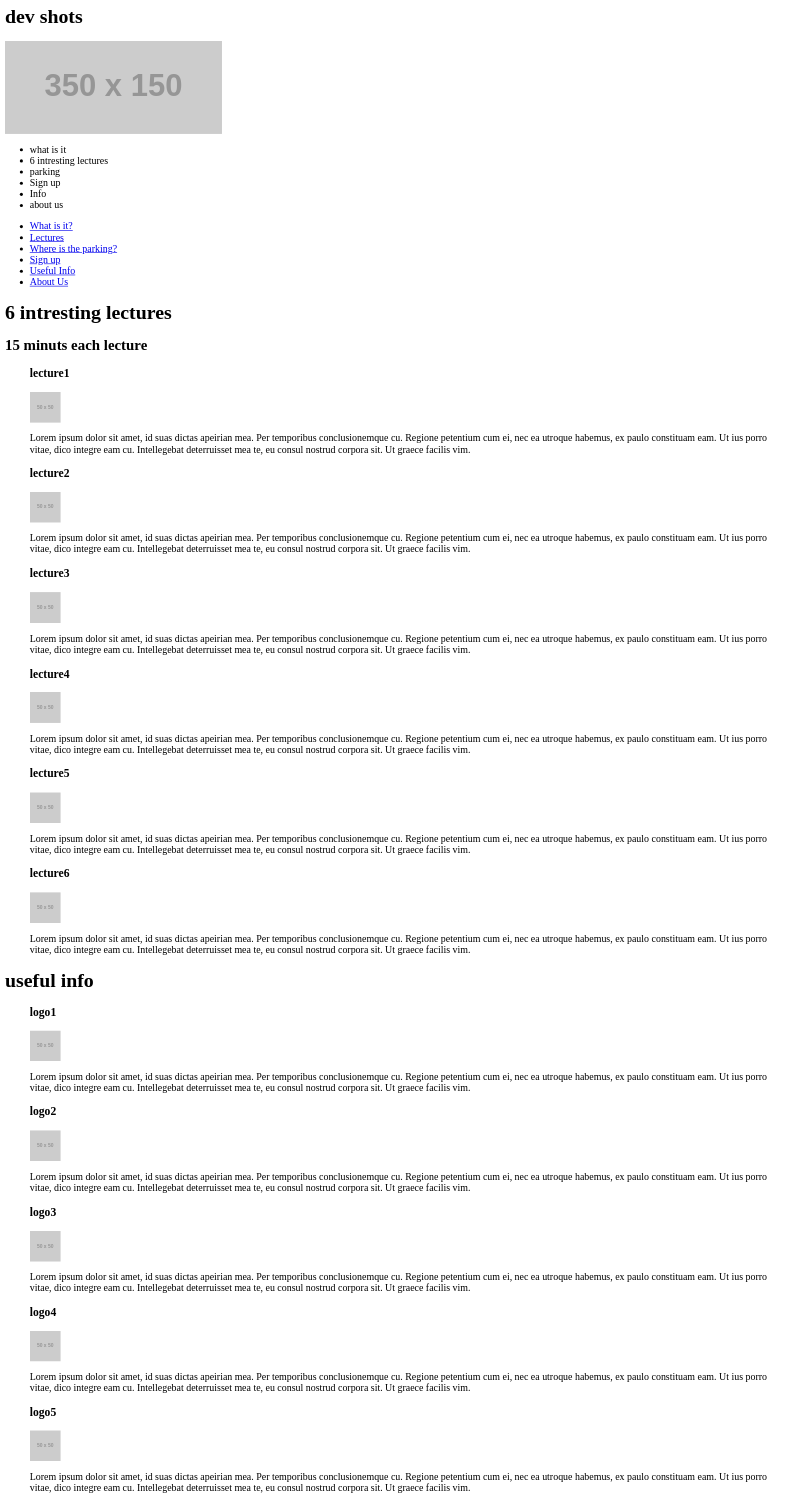
Repository: innaplx/exercises-devshots-html4-part1
Page: index.html
These files come from the project's save history. The page is drawn as it stood at one moment and after the next save; the edit follows.
The browser window is 1280 px wide. The pictures show the whole page, at 62% of full size.

Above is the page before, as saved 2018-08-17 20:21:36.

### index.html
<html>
    <head>
        <h1>dev shots</h1>
        <a href="https://placeholder.com"><img src="https://via.placeholder.com/350x150"></a>




    </head>

    <body>
            <ul>
                    <li><a herf="#">what is it</a></li>
                    <li><a herf="#">6 intresting lectures</a></li>
                    <li><a herf="#">parking</a></li>
                    <li><a herf="#">Sign up</a></li>
                    <li><a herf="#">Info</a></li>
                    <li><a herf="#">about us</a></li>
                </ul>

            <ul>
                    <li><a href="#">What is it?</a></li>
                    <li><a href="#">Lectures</a></li>
                    <li><a href="#">Where is the parking?</a></li>
                    <li><a href="#">Sign up</a></li>
                    <li><a href="#">Useful Info</a></li>
                    <li><a href="#">About Us</a></li>
                </ul>



        <h1>6 intresting lectures</h1>
        <h2>15 minuts each lecture</h2>

            <ul>
                <il>
                <h3>lecture1</h3>
                <a href="https://placeholder.com"><img src="https://via.placeholder.com/50x50"></a>
                <p>Lorem ipsum dolor sit amet, id suas dictas apeirian mea. Per temporibus conclusionemque cu. Regione petentium cum ei, nec ea utroque habemus, ex paulo constituam eam. Ut ius porro vitae, dico integre eam cu. Intellegebat deterruisset mea te, eu consul nostrud corpora sit. Ut graece facilis vim.</p>
                </il>

                <il>
                        <h3>lecture2</h3>
                        <a href="https://placeholder.com"><img src="https://via.placeholder.com/50x50"></a>
                        <p>Lorem ipsum dolor sit amet, id suas dictas apeirian mea. Per temporibus conclusionemque cu. Regione petentium cum ei, nec ea utroque habemus, ex paulo constituam eam. Ut ius porro vitae, dico integre eam cu. Intellegebat deterruisset mea te, eu consul nostrud corpora sit. Ut graece facilis vim.</p>
                        </il>
                        <il>
                                <h3>lecture3</h3>
                                <a href="https://placeholder.com"><img src="https://via.placeholder.com/50x50"></a>
                                <p>Lorem ipsum dolor sit amet, id suas dictas apeirian mea. Per temporibus conclusionemque cu. Regione petentium cum ei, nec ea utroque habemus, ex paulo constituam eam. Ut ius porro vitae, dico integre eam cu. Intellegebat deterruisset mea te, eu consul nostrud corpora sit. Ut graece facilis vim.</p>
                                </il>
                                <il>
                                        <h3>lecture4</h3>
                                        <a href="https://placeholder.com"><img src="https://via.placeholder.com/50x50"></a>
                                        <p>Lorem ipsum dolor sit amet, id suas dictas apeirian mea. Per temporibus conclusionemque cu. Regione petentium cum ei, nec ea utroque habemus, ex paulo constituam eam. Ut ius porro vitae, dico integre eam cu. Intellegebat deterruisset mea te, eu consul nostrud corpora sit. Ut graece facilis vim.</p>
                                        </il>
                                        <il>
                                                <h3>lecture5</h3>
                                                <a href="https://placeholder.com"><img src="https://via.placeholder.com/50x50"></a>
                                                <p>Lorem ipsum dolor sit amet, id suas dictas apeirian mea. Per temporibus conclusionemque cu. Regione petentium cum ei, nec ea utroque habemus, ex paulo constituam eam. Ut ius porro vitae, dico integre eam cu. Intellegebat deterruisset mea te, eu consul nostrud corpora sit. Ut graece facilis vim.</p>
                                                </il>
                                                <il>
                                                        <h3>lecture6</h3>
                                                        <a href="https://placeholder.com"><img src="https://via.placeholder.com/50x50"></a>
                                                        <p>Lorem ipsum dolor sit amet, id suas dictas apeirian mea. Per temporibus conclusionemque cu. Regione petentium cum ei, nec ea utroque habemus, ex paulo constituam eam. Ut ius porro vitae, dico integre eam cu. Intellegebat deterruisset mea te, eu consul nostrud corpora sit. Ut graece facilis vim.</p>
                                                        </il>
            </ul>

            <h1>useful info</h1>
            <ul>
                    <il>
                    <h3>logo1</h3>
                    <a href="https://placeholder.com"><img src="https://via.placeholder.com/50x50"></a>
                    <p>Lorem ipsum dolor sit amet, id suas dictas apeirian mea. Per temporibus conclusionemque cu. Regione petentium cum ei, nec ea utroque habemus, ex paulo constituam eam. Ut ius porro vitae, dico integre eam cu. Intellegebat deterruisset mea te, eu consul nostrud corpora sit. Ut graece facilis vim.</p>
                    </il>

                    <il>
                            <h3>logo2</h3>
                            <a href="https://placeholder.com"><img src="https://via.placeholder.com/50x50"></a>
                            <p>Lorem ipsum dolor sit amet, id suas dictas apeirian mea. Per temporibus conclusionemque cu. Regione petentium cum ei, nec ea utroque habemus, ex paulo constituam eam. Ut ius porro vitae, dico integre eam cu. Intellegebat deterruisset mea te, eu consul nostrud corpora sit. Ut graece facilis vim.</p>
                            </il>
                            <il>
                                    <h3>logo3</h3>
                                    <a href="https://placeholder.com"><img src="https://via.placeholder.com/50x50"></a>
                                    <p>Lorem ipsum dolor sit amet, id suas dictas apeirian mea. Per temporibus conclusionemque cu. Regione petentium cum ei, nec ea utroque habemus, ex paulo constituam eam. Ut ius porro vitae, dico integre eam cu. Intellegebat deterruisset mea te, eu consul nostrud corpora sit. Ut graece facilis vim.</p>
                                    </il>
                                    <il>
                                            <h3>logo4</h3>
                                            <a href="https://placeholder.com"><img src="https://via.placeholder.com/50x50"></a>
                                            <p>Lorem ipsum dolor sit amet, id suas dictas apeirian mea. Per temporibus conclusionemque cu. Regione petentium cum ei, nec ea utroque habemus, ex paulo constituam eam. Ut ius porro vitae, dico integre eam cu. Intellegebat deterruisset mea te, eu consul nostrud corpora sit. Ut graece facilis vim.</p>
                                            </il>
                                            <il>
                                                    <h3>logo5</h3>
                                                    <a href="https://placeholder.com"><img src="https://via.placeholder.com/50x50"></a>
                                                    <p>Lorem ipsum dolor sit amet, id suas dictas apeirian mea. Per temporibus conclusionemque cu. Regione petentium cum ei, nec ea utroque habemus, ex paulo constituam eam. Ut ius porro vitae, dico integre eam cu. Intellegebat deterruisset mea te, eu consul nostrud corpora sit. Ut graece facilis vim.</p>
                                                    </il>

                </ul>

    </body>
























</html>

After the next save:
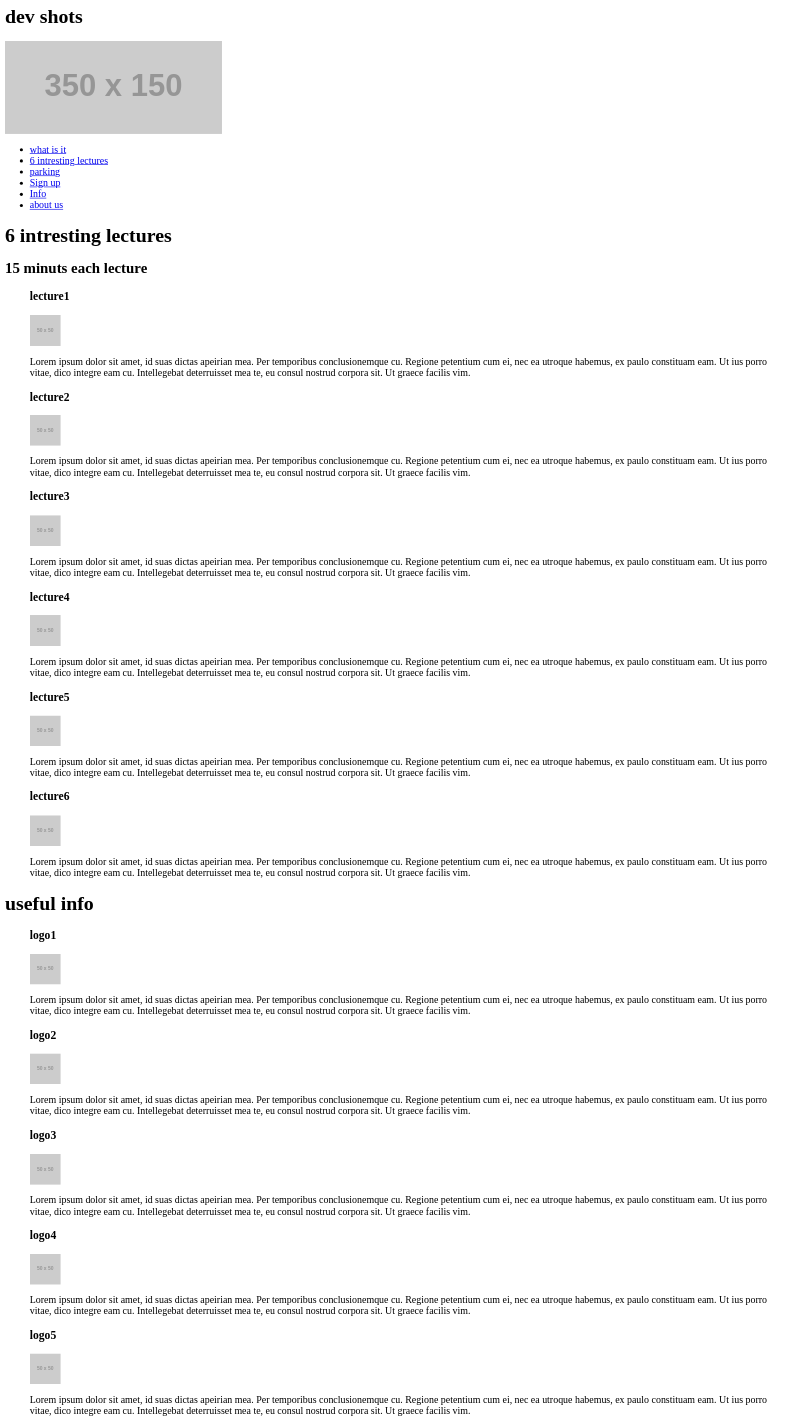
Saved 35 s later.
--- a/index.html
+++ b/index.html
@@ -10,22 +10,14 @@
 
     <body>
             <ul>
-                    <li><a herf="#">what is it</a></li>
-                    <li><a herf="#">6 intresting lectures</a></li>
-                    <li><a herf="#">parking</a></li>
-                    <li><a herf="#">Sign up</a></li>
-                    <li><a herf="#">Info</a></li>
-                    <li><a herf="#">about us</a></li>
+                    <li><a href="#">what is it</a></li>
+                    <li><a href="#">6 intresting lectures</a></li>
+                    <li><a href="#">parking</a></li>
+                    <li><a href="#">Sign up</a></li>
+                    <li><a href="#">Info</a></li>
+                    <li><a href="#">about us</a></li>
                 </ul>
 
-            <ul>
-                    <li><a href="#">What is it?</a></li>
-                    <li><a href="#">Lectures</a></li>
-                    <li><a href="#">Where is the parking?</a></li>
-                    <li><a href="#">Sign up</a></li>
-                    <li><a href="#">Useful Info</a></li>
-                    <li><a href="#">About Us</a></li>
-                </ul>
 
 
 
